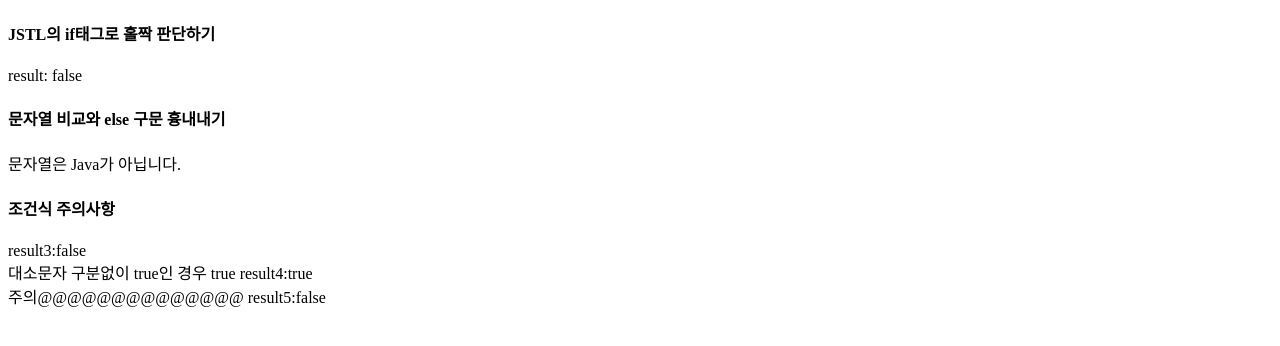
Repository: ssing365/JSPStudy
Page: http://localhost/JSPServlet/11JSTL/core/if.jsp
These files come from the project's save history. The page is drawn as it stood at one moment and after the next save; the edit follows.
The browser window is 1280 px wide. The pictures show the whole page.
The page is served by Tomcat 10.

Above is the page before, as saved 2024-11-06 06:34:00.

After the next save:
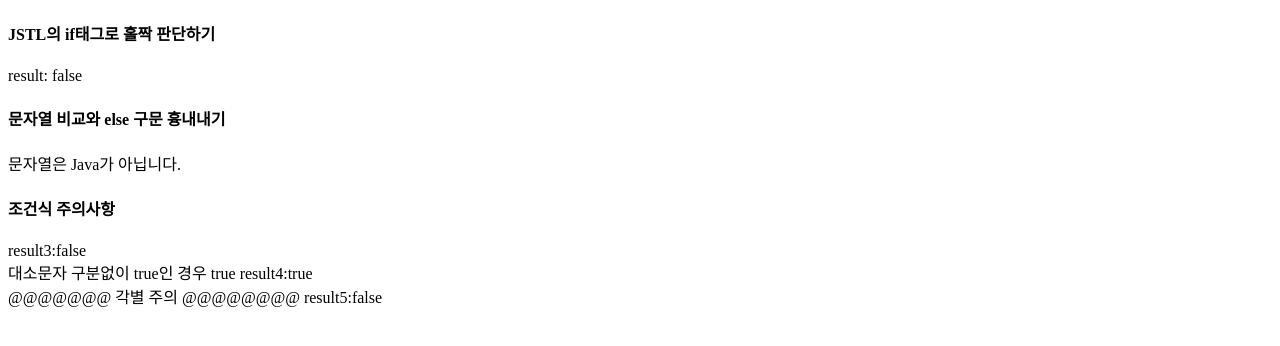
Saved 15 s later.
--- a/JSPServlet/src/main/webapp/11JSTL/core/if.jsp
+++ b/JSPServlet/src/main/webapp/11JSTL/core/if.jsp
@@ -40,7 +40,7 @@
 	<c:if test="tRuE" var="result4">대소문자 구분없이 true인 경우 true</c:if>
 	result4:${result4}
 	<br />
-	주의@@@@@@@@@@@@@@
+	@@@@@@@ 각별 주의 @@@@@@@@
 	<c:if test="${true} " var="result5">EL 양쪽에 공백 있는 경우 false</c:if>
 	result5:${result5}
 	<br />
